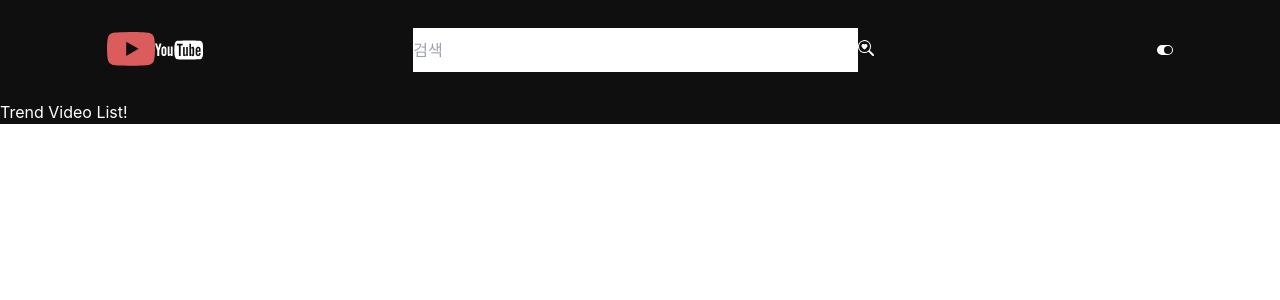
Repository: dnjfht/self-youtube
Page: /
An editor plug-in stored every save of this project. The page is shown before and after the next save, followed by the edit.
The browser window is 1280 px wide. The pictures show the whole page.
The project was rebuilt for these pictures with package versions that can differ from the ones it lists, and the page was loaded fresh each time. Also part of the build but not shown: src/page/Detail.jsx, src/page/NotFoundPage.jsx.

Above is the page before, as saved 2023-06-23 15:40:15.

### src/App.js
import { RouterProvider, createBrowserRouter } from "react-router-dom";
import Videos from "./page/Videos";
import Root from "./page/Root";
import Detail from "./page/Detail";
import NotFoundPage from "./page/NotFoundPage";

function App() {
  const router = createBrowserRouter([
    {
      path: "/",
      element: <Root />,
      children: [
        { index: true, element: <Videos /> },
        { path: "/videos", element: <Videos /> },
        { path: "/videos/:keyword", element: <Videos /> },
        { path: "/videos/watch/:videoId", element: <Detail /> },
        { path: "*", element: <NotFoundPage /> },
      ],
    },
  ]);
  return <RouterProvider router={router} />;
}

export default App;

### src/page/Videos.jsx
import React, { useContext } from "react";
import { useParams } from "react-router-dom";
import { DarkModeContext } from "../context/DarkModeContext";

export default function Home() {
  const { keyword } = useParams();
  console.log(keyword);

  const { darkMode } = useContext(DarkModeContext);

  return (
    <div
      className={`${
        darkMode ? "bg-[#0f0f0f] text-white" : "bg-[#ffc2c29c] text-[#282828]"
      }`}
    >
      <h2>{keyword ? `${keyword} Video List!` : "Trend Video List!"}</h2>
    </div>
  );
}

### src/page/Root.jsx
import React from "react";
import Navbar from "../components/Navbar";
import { Outlet } from "react-router-dom";
import { DarkModeProvider } from "../context/DarkModeContext";

export default function Root() {
  return (
    <DarkModeProvider>
      <div>
        <Navbar />
        <Outlet />
      </div>
    </DarkModeProvider>
  );
}

### src/context/DarkModeContext.js
import { createContext, useState } from "react";

export const DarkModeContext = createContext();

export function DarkModeProvider({ children }) {
  const [darkMode, setDarkMode] = useState(true);

  const toggleDarkMode = () => {
    setDarkMode((prev) => !prev);
  };

  return (
    <DarkModeContext.Provider value={{ darkMode, toggleDarkMode }}>
      {children}
    </DarkModeContext.Provider>
  );
}

### src/components/Navbar.jsx
import React, { useContext, useState } from "react";
import {
  BsYoutube,
  BsSearchHeart,
  BsToggleOff,
  BsToggleOn,
} from "react-icons/bs";
import { ImYoutube2 } from "react-icons/im";
import { DarkModeContext } from "../context/DarkModeContext";
import { useNavigate } from "react-router-dom";

export default function Navbar() {
  const { darkMode, toggleDarkMode } = useContext(DarkModeContext);
  const [text, setText] = useState("");
  console.log(text);

  const navigate = useNavigate();

  return (
    <div
      className={`${
        darkMode ? "bg-[#0f0f0f] text-white" : "bg-[#ffc2c29c] text-[#282828]"
      } w-full h-[100px]`}
    >
      <div className="w-10/12 h-[100%] py-[20px] box-border mx-auto flex justify-between items-center">
        <div className="flex text-[3rem]">
          <BsYoutube className="text-[#db5c5c]" />
          <ImYoutube2 />
        </div>

        <form
          className="w-6/12 h-[44px]"
          onSubmit={(e) => {
            e.preventDefault();
            navigate(`/videos/${text}`);
          }}
        >
          <input
            className="w-5/6 h-[100%]"
            type="text"
            placeholder="검색"
            onChange={(e) => {
              setText(e.target.value);
            }}
          />
          <button>
            <BsSearchHeart />
          </button>
        </form>

        <button onClick={toggleDarkMode}>
          {darkMode ? <BsToggleOn /> : <BsToggleOff />}
        </button>
      </div>
    </div>
  );
}

Loaded but not shown: public/index.html (common file); src/index.js (common file); src/index.css (common file); src/reportWebVitals.js (common file); tailwind.config.js (common file)

After the next save:
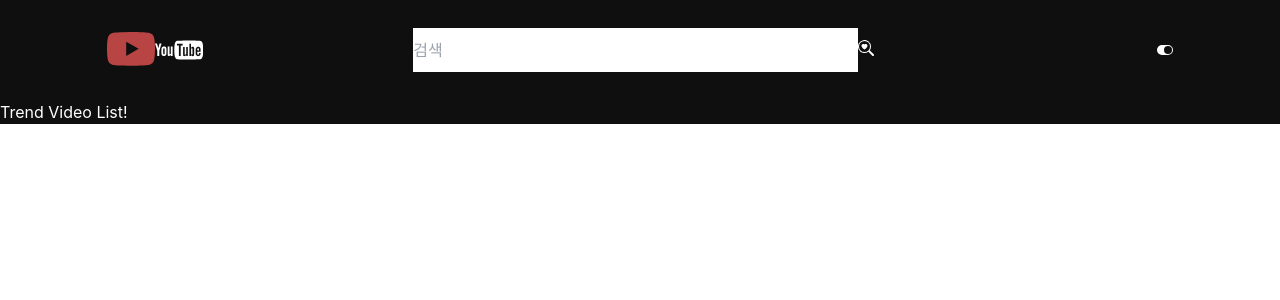
Saved 6 s later.
--- a/src/components/Navbar.jsx
+++ b/src/components/Navbar.jsx
@@ -24,7 +24,7 @@
     >
       <div className="w-10/12 h-[100%] py-[20px] box-border mx-auto flex justify-between items-center">
         <div className="flex text-[3rem]">
-          <BsYoutube className="text-[#db5c5c]" />
+          <BsYoutube className="text-[#b84444]" />
           <ImYoutube2 />
         </div>
 

After the save that followed:
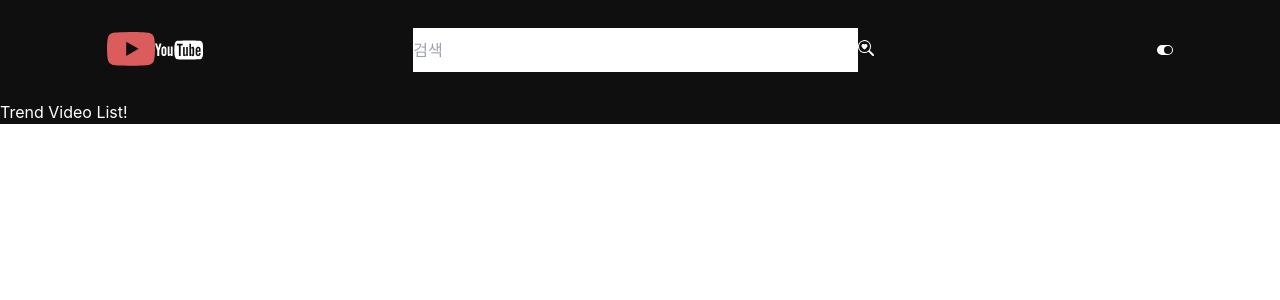
Saved 4 s later.
--- a/src/components/Navbar.jsx
+++ b/src/components/Navbar.jsx
@@ -24,7 +24,7 @@
     >
       <div className="w-10/12 h-[100%] py-[20px] box-border mx-auto flex justify-between items-center">
         <div className="flex text-[3rem]">
-          <BsYoutube className="text-[#b84444]" />
+          <BsYoutube className="text-[#db5c5c]" />
           <ImYoutube2 />
         </div>
 
